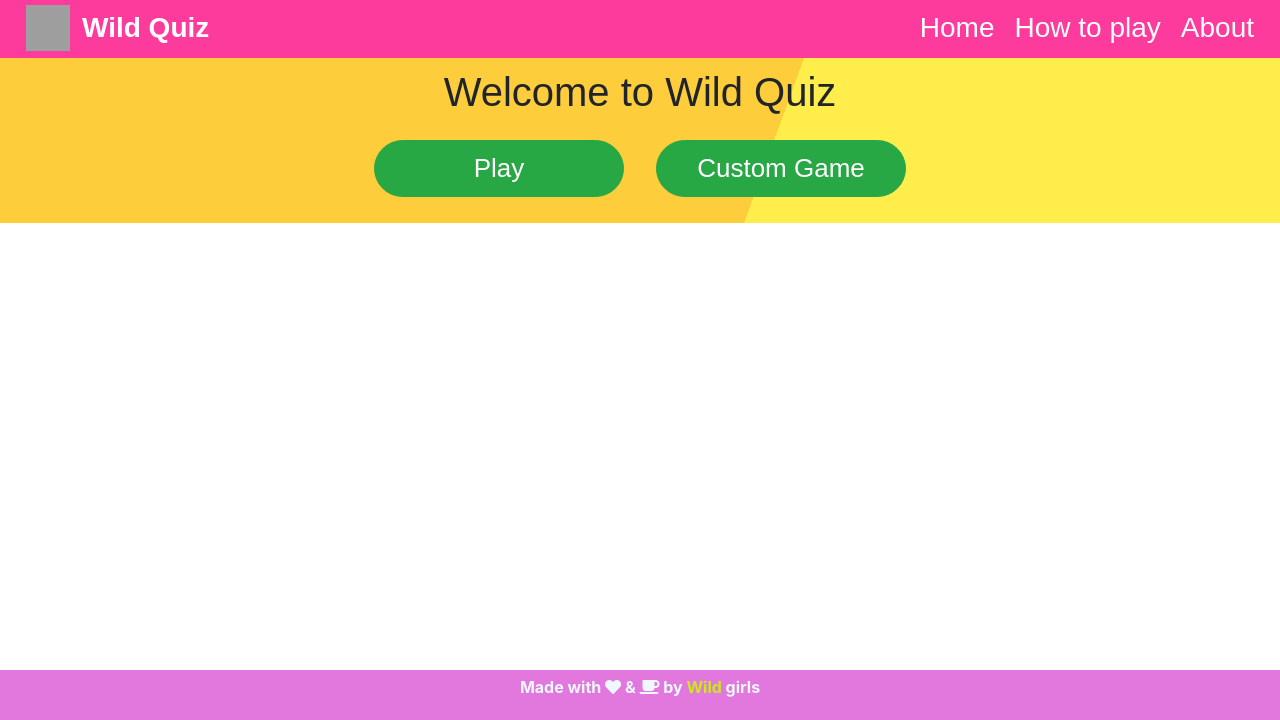
Repository: jenna1k/wildQuizApp
Page: /
These files come from the project's save history. The page is drawn as it stood at one moment and after the next save; the edit follows.
The browser window is 1280 px wide. The pictures show the whole page.
Pictures or frames that could not be fetched are drawn as grey boxes. The page's requests for data from a server got no answer. Some web fonts or font styles are not loaded; a fallback is used. Some web libraries are served in a nearby version. The project was rebuilt for these pictures with package versions that can differ from the ones it lists, and the page was loaded fresh each time. No one was signed in, and anything a server would have sent is missing. Also part of the build but not shown: src/App.css, src/components/game/GameBox.css, src/components/game/Question.js, src/components/game/Answers.js, src/components/game/ProgressBar.js, src/components/game/GameBox.js, src/components/game/SelectCategory.css, src/components/game/SelectCategory.js and 10 more.

Above is the page before, as saved 2019-05-14 15:22:11.

After the next save:
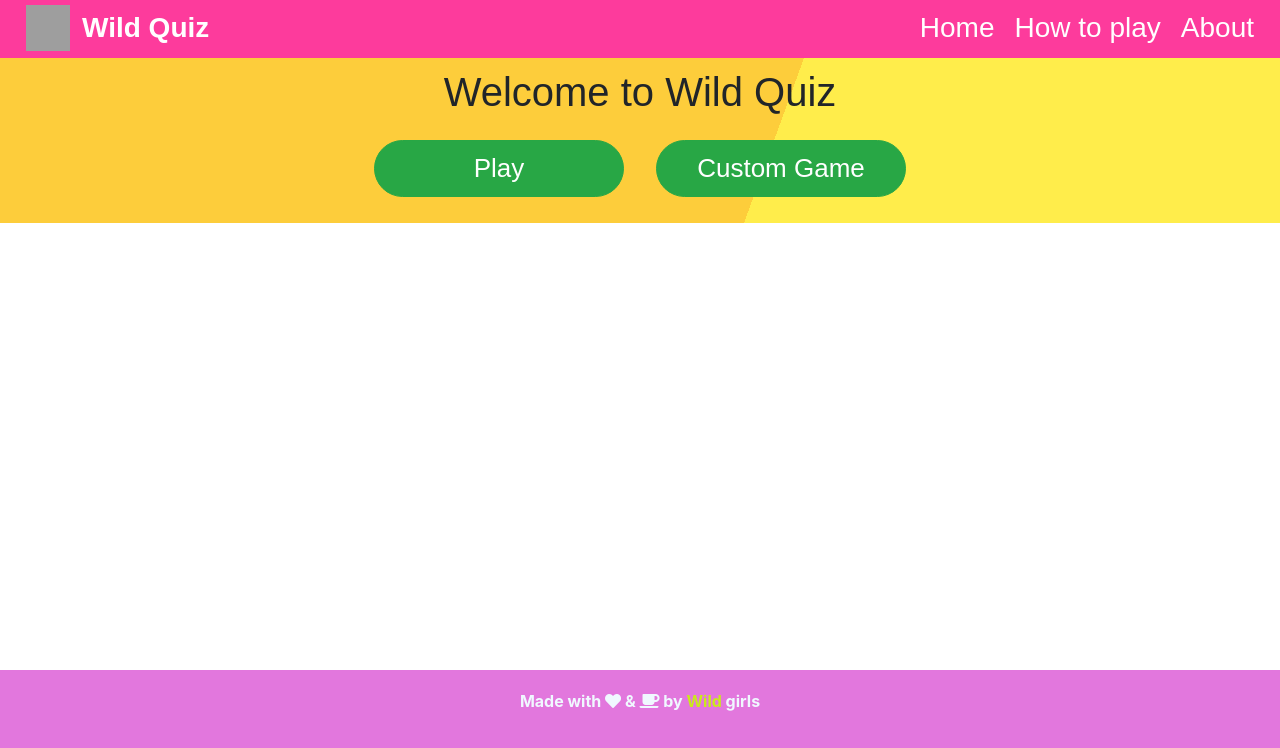
Saved 17 s later.
--- a/src/index.css
+++ b/src/index.css
@@ -33,12 +33,3 @@
 .content {
   min-height: calc(100vh - 50px);
 }
-
-.footer {
-  display: flex;
-  align-items: center;
-  /* Vertical center alignment */
-  justify-content: center;
-  padding: 0;
-  height: 50px;
-}
